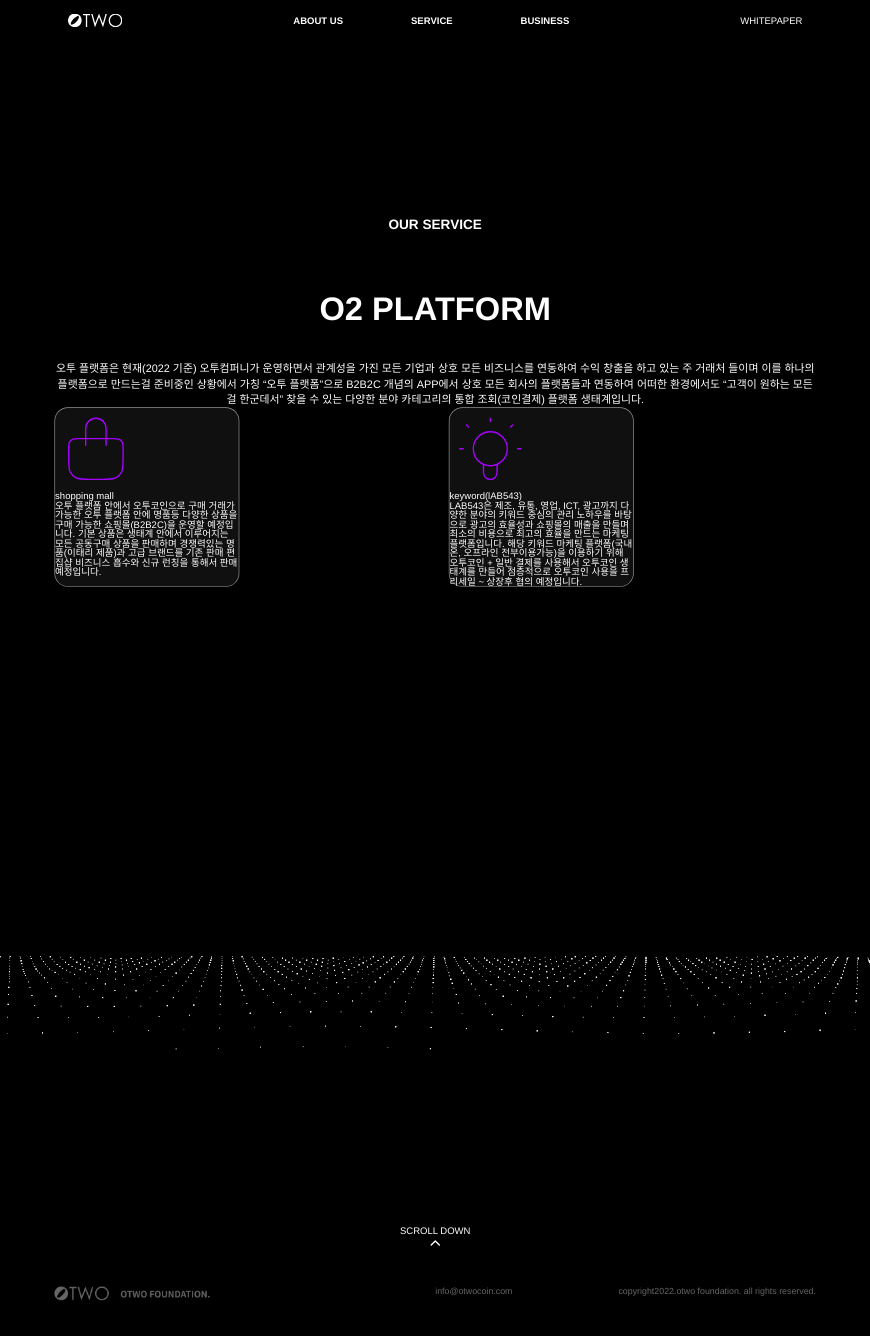
Repository: songhun115/Otwo
Page: service.html
These files come from the project's save history. The page is drawn as it stood at one moment and after the next save; the edit follows.
The browser window is 1280 px wide. The pictures show the whole page, at 68% of full size.

Above is the page before, as saved 2022-11-18 11:35:55.
Not found: js/three.js

After the next save:
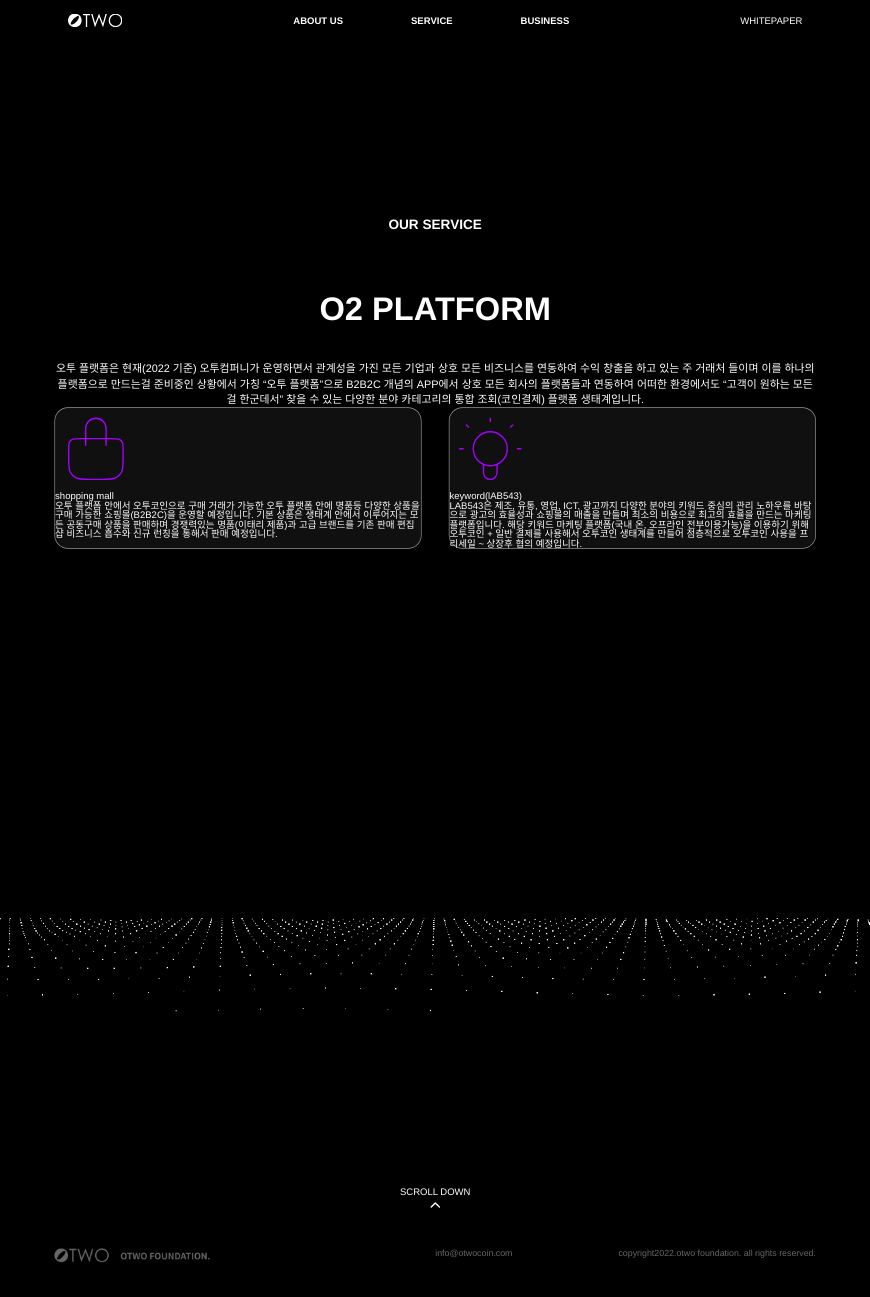
Saved 10 s later.
--- a/css/content.css
+++ b/css/content.css
@@ -84,6 +84,4 @@
 
   /*!서비스  */
   .platform-list{ display: grid;grid-template-columns: repeat(2,1fr);gap: 40px}
-  .platform-item{width: 50%; background: #101010;
-    border: 0.5px solid rgba(235, 235, 235, 0.6);
-    border-radius: 20px;}
+  .platform-item{ background: #101010; border: 0.5px solid rgba(235, 235, 235, 0.6); border-radius: 20px;}
